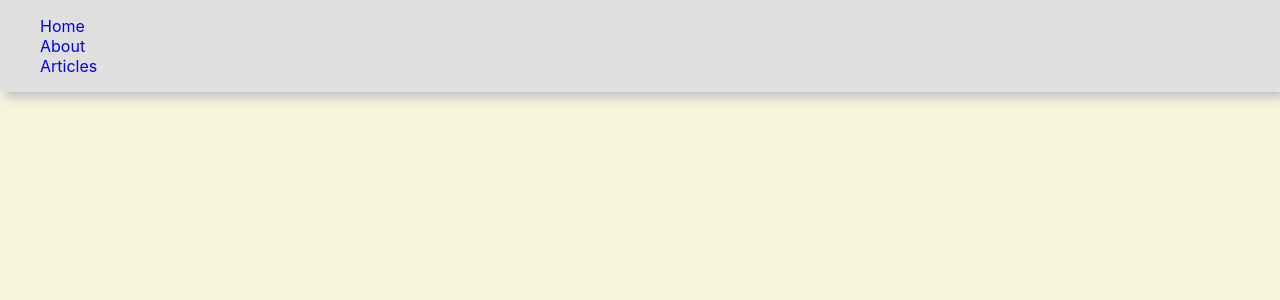
Repository: ShindanoSingi/react-software-architecture-course
Page: /about
The author's editor kept a copy of each file at every save. The page is drawn from the files as they stood at one save, then again after the next save.
The browser window is 1280 px wide. The pictures show the whole page.
The project was rebuilt for these pictures with package versions that can differ from the ones it lists, and the page was loaded fresh each time. Also part of the build but not shown: src/pages/Home.js, src/pages/Articles.js.

Above is the page before, as saved 2022-12-25 20:19:16.

### src/App.js
import './App.css';
import { Routes, Route, NavLink } from 'react-router-dom';
import Home from './pages/Home';
import About from './pages/About';
import Articles from './pages/Articles';


function App() {

  return (
    <>
      <nav className='nav-bar'>
      <ul className='list-container'>
        <NavLink to='/' className={({isActive}) => isActive ? "is-active" : null}>
          <li>Home</li>
        </NavLink>

        <NavLink to='/about' className={({isActive}) => isActive ? "is-active" : null}>
          <li>About</li>
        </NavLink>

        <NavLink to='/articles' className={({isActive}) => isActive ? "is-active" : null}>
          <li>Articles</li>
        </NavLink>
      </ul>
    </nav>
      <Routes>
        <Route path='/' element={<Home />}/>
        <Route path='about' element={<About />}/>
        <Route path='articles' element={<Articles />}/>
      </Routes>
    </>
  );
}

export default App;

### src/App.css
h1 {
    text-align: center;
    margin: 0rem;
    padding: 0.5em;
}

.nav-bar {
    position: fixed;
    width: 100%;
    top: 0;
    border-radius: 0px;
    background: #e0e0e0;
    box-shadow: 5px 5px 10px #bebebe,
        -5px -5px 10px #ffffff;
}

.is-active {
    background: rgb(63, 152, 251);
    background: radial-gradient(circle, rgba(63, 152, 251, 1) 6%, rgba(252, 180, 70, 1) 100%);
}

.list-container, a {
    list-style: none;
    text-decoration: none;
}

.container {
    max-width: 80em;
    background-color: beige;
    margin: 0 auto;
    height: 100vh;
}

### src/pages/About.js
import React from 'react';

const About = () => {
  return (
    <div className='container'>
      <h1>About</h1>
    </div>
  );
}

export default About;

Loaded but not shown: public/index.html (common file); src/index.js (common file); src/index.css (common file); src/reportWebVitals.js (common file)

After the next save:
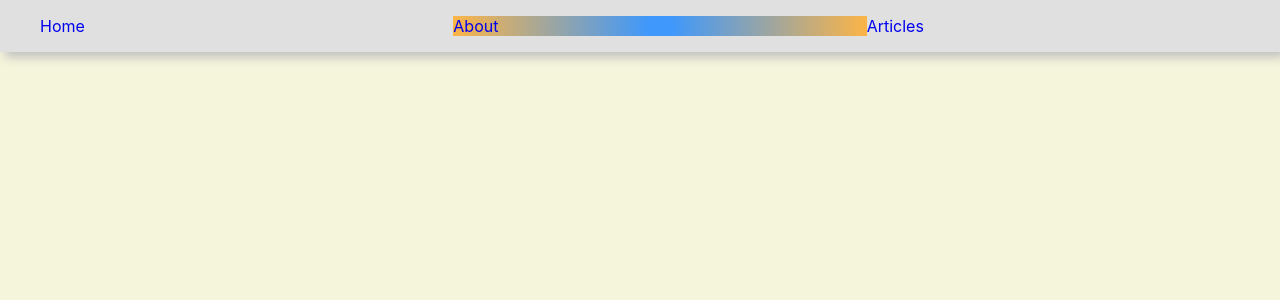
Saved 42 s later.
--- a/src/App.css
+++ b/src/App.css
@@ -22,6 +22,8 @@ h1 {
 .list-container, a {
     list-style: none;
     text-decoration: none;
+    display: grid;
+    grid-template-columns: repeat(3, 1fr);
 }
 
 .container {
